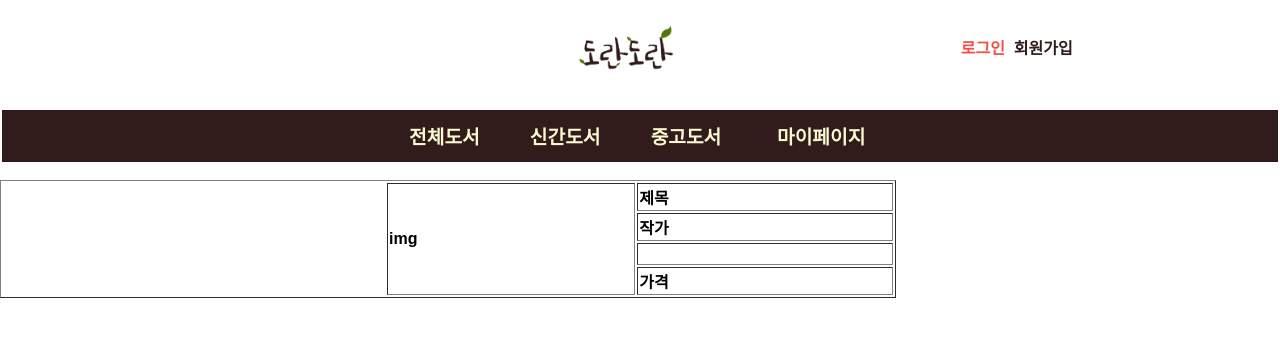
Repository: juhyun110701/DORANDORAN
Page: http://localhost/dorandoran/
These files come from the project's save history. The page is drawn as it stood at one moment and after the next save; the edit follows.
The browser window is 1280 px wide. The pictures show the whole page.
Some web fonts or font styles are not loaded; a fallback is used. The page is served by Tomcat 9. Queries for data that is not in the repository find no rows.

Above is the page before, as saved 2019-07-31 11:42:33.

After the next save:
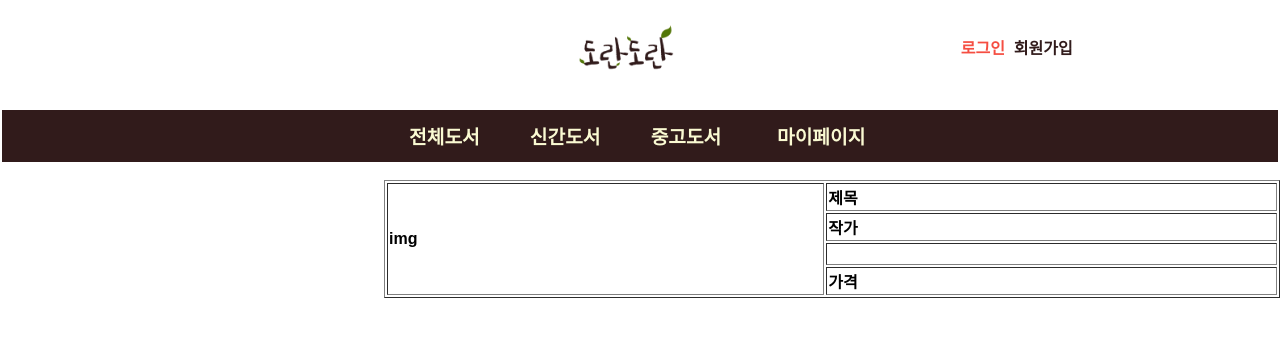
Saved 11 s later.
--- a/dorandoran/WebContent/index.jsp
+++ b/dorandoran/WebContent/index.jsp
@@ -15,7 +15,7 @@
 </head>
 <body>
 <jsp:include page="top.jsp" flush="false"/><p>
-<table border=1 width="70%" style="padding-left:30%;">
+<table border=1 width="70%" style="margin-left:30%;">
 	<tr>
 		<td rowspan=4>img</td>
 		<td>제목</td>
